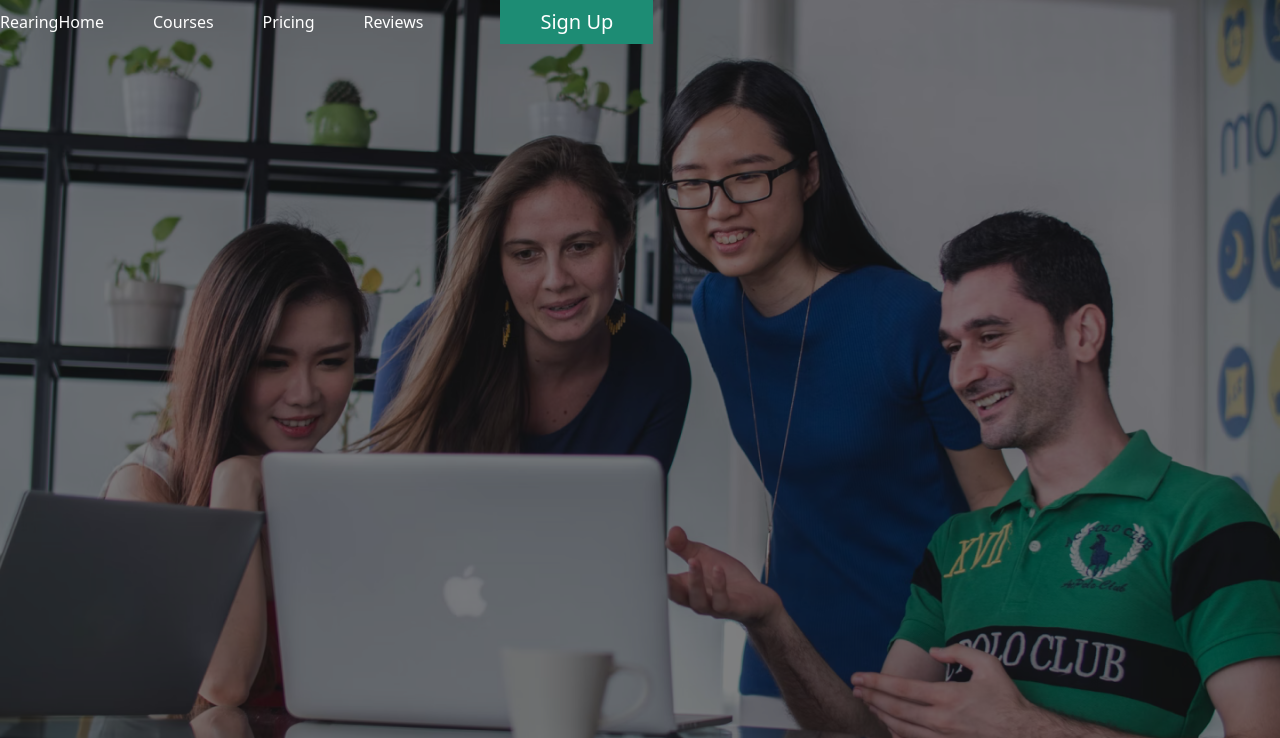
Repository: vandangnhathung/educationplatform
Page: /
An editor plug-in stored every save of this project. The page is shown before and after the next save, followed by the edit.
The browser window is 1280 px wide. The pictures show the whole page.
The project was rebuilt for these pictures with package versions that can differ from the ones it lists, and the page was loaded fresh each time.

Above is the page before, as saved 2022-06-20 14:44:07.

### src/index.js
import React from "react";
import ReactDOM from "react-dom/client";
import App from "./App";
import reportWebVitals from "./reportWebVitals";
import "./index.css";
const root = ReactDOM.createRoot(document.getElementById("root"));
root.render(
  <React.StrictMode>
    <App />
  </React.StrictMode>
);

// If you want to start measuring performance in your app, pass a function
// to log results (for example: reportWebVitals(console.log))
// or send to an analytics endpoint. Learn more: https://bit.ly/CRA-vitals
reportWebVitals();

### src/App.js
import Header from "./components/Header";

function App() {
  return (
    <>
      <Header></Header>
    </>
  );
}

export default App;

### src/index.css
@tailwind base;
@tailwind components;
@tailwind utilities;

*,
*::before,
*::after {
  box-sizing: border-box;
}
* {
  margin: 0;
  padding: 0;
}

html,
body {
  height: 100%;
}
body {
  line-height: 1.5;
}

img,
picture,
video,
canvas,
svg {
  display: block;
  max-width: 100%;
}
input,
button,
textarea,
select {
  font: inherit;
  outline: none;
}
p,
h1,
h2,
h3,
h4,
h5,
h6 {
  overflow-wrap: break-word;
}

.container {
    max-width: 1440px;
    margin: 0 auto;
    width: 100%;
}

### src/components/Header.js
import React, { useEffect } from "react";
import headerImg from "../images/Images.png";
const Header = () => {
  const headerNav = [
    {
      id: 1,
      title: "Home",
    },
    {
      id: 2,
      title: "Courses",
    },
    {
      id: 3,
      title: "Pricing",
    },
    {
      id: 4,
      title: "Reviews",
    },
  ];
  return (
    <header>
      <div className="relative">
        <img src={headerImg} alt="header_img" className="w-full" />
        <div className="absolute inset-0 bg-black opacity-50"></div>
        <div class="absolute top-0  left-0 right-0 ">
          <div class="container ">
            <div className=" text-white flex items-center ">
              <div className="">Rearing</div>
              <div className="flex items-center justify-center">
                <nav className="mr-[77px]">
                  <ul className="flex items-center justify-center gap-x-[49px] ">
                    {headerNav.map((item) => (
                      <li key={item.id}>{item.title}</li>
                    ))}
                  </ul>
                </nav>
                <button className="py-2 px-10 bg-[#1D8C74] text-white text-xl ">
                  Sign Up
                </button>
              </div>
            </div>
          </div>
        </div>
      </div>
    </header>
  );
};

export default Header;

Loaded but not shown: public/index.html (common file); src/reportWebVitals.js (common file); tailwind.config.js (common file)

After the next save:
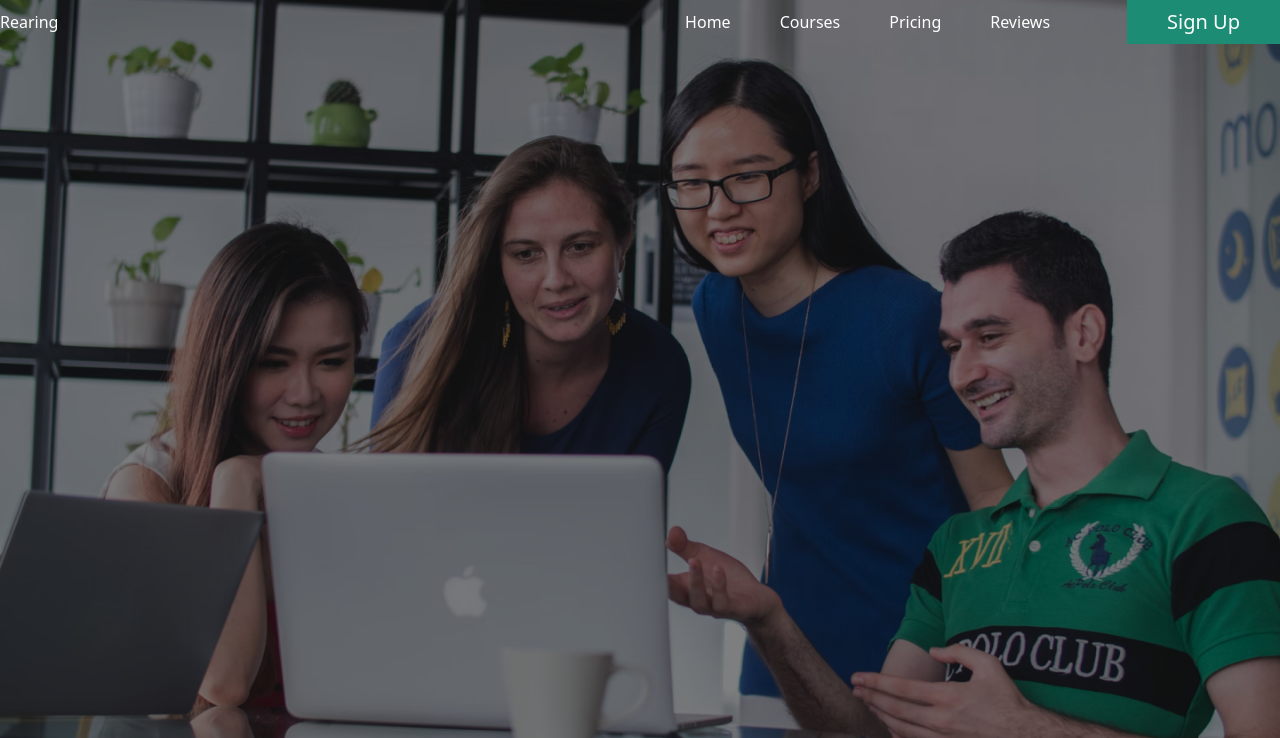
Saved 34 s later.
--- a/src/components/Header.js
+++ b/src/components/Header.js
@@ -26,7 +26,7 @@ const Header = () => {
         <div className="absolute inset-0 bg-black opacity-50"></div>
         <div class="absolute top-0  left-0 right-0 ">
           <div class="container ">
-            <div className=" text-white flex items-center ">
+            <div className=" text-white flex items-center justify-between">
               <div className="">Rearing</div>
               <div className="flex items-center justify-center">
                 <nav className="mr-[77px]">
